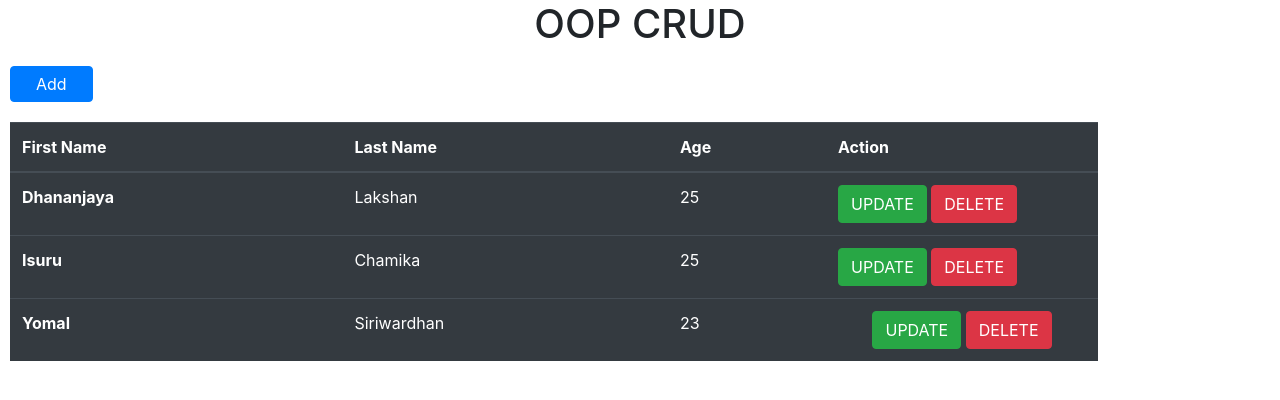
Repository: DhananjayaLakshan/PHP_CRUD_OOP1
Page: index.html
These files come from the project's save history. The page is drawn as it stood at one moment and after the next save; the edit follows.
The browser window is 1280 px wide. The pictures show the whole page.

Above is the page before, as saved 2023-11-30 11:03:53.

After the next save:
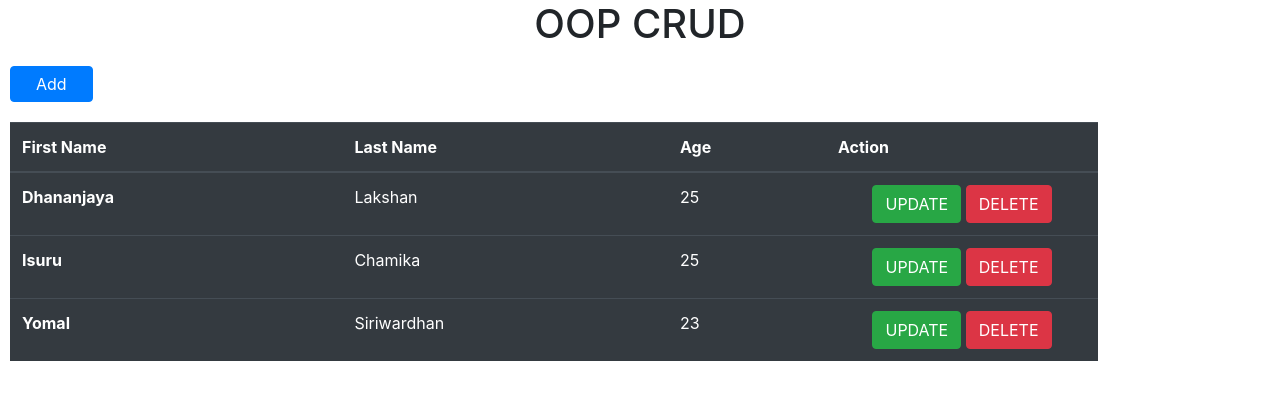
Saved 15 s later.
--- a/index.html
+++ b/index.html
@@ -33,7 +33,7 @@
                 <th>Dhananjaya</th>
                 <td>Lakshan</td>
                 <td>25</td>
-                <td>
+                <td style="width: 25%; text-align: center;">
                     <button class="btn btn-success">UPDATE</button>
                     <button class="btn btn-danger">DELETE</button>
                 </td>
@@ -42,7 +42,7 @@
                 <th>Isuru</th>
                 <td>Chamika</td>
                 <td>25</td>
-                <td>
+                <td style="width: 25%; text-align: center;">
                     <button class="btn btn-success">UPDATE</button>
                     <button class="btn btn-danger">DELETE</button>
                 </td>
